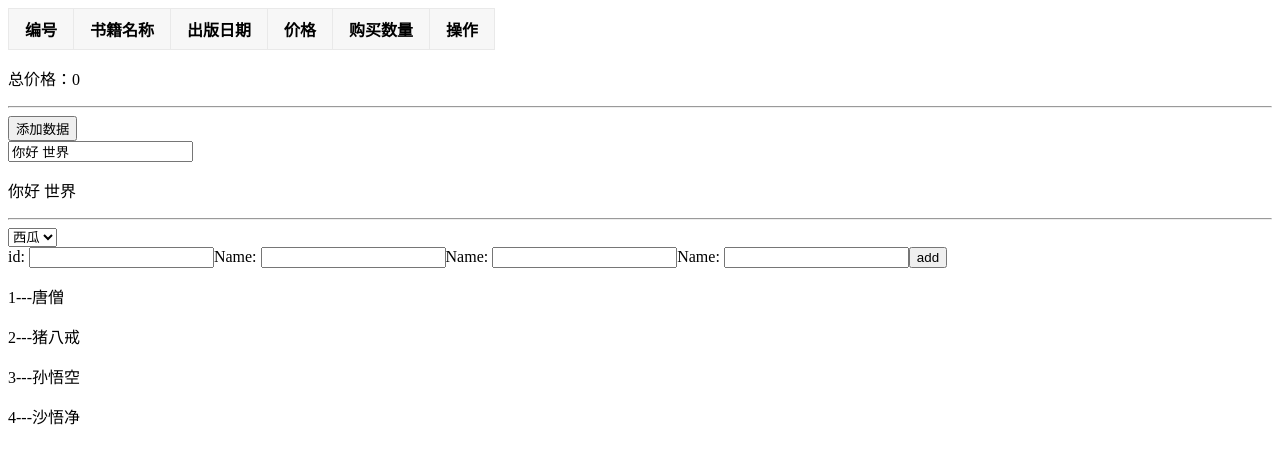
Repository: 1404413577/jsdemo
Page: /res (app in vue-demo/myweb3/)
An editor plug-in stored every save of this project. The page is shown before and after the next save, followed by the edit.
The browser window is 1280 px wide. The pictures show the whole page.
The page's requests for data from a server got no answer. The project was rebuilt for these pictures with package versions that can differ from the ones it lists, and the page was loaded fresh each time. No one was signed in, and anything a server would have sent is missing. Also part of the build but not shown: vue-demo/myweb3/vue.config.js.

Above is the page before, as saved 2022-12-01 14:06:16.

### vue-demo/myweb3/src/main.js
import { createApp } from 'vue'
import App from './App.vue'
import router from './router'
import store from './store'

createApp(App).use(store).use(router).mount('#app')

// 用法：1.{{ item.time | format("YYYY-MM-DD HH:mm:ss") }}
// 用法：2. this.$moment(this.time).format("YYYY-MM-DD HH:mm:ss");
import Moment from 'moment'

// 定义全局时间戳过滤器
Vue.filter('formatDate', function(value) {
  return Moment(value).format('YYYY-MM-DD HH:mm:ss')
})

Vue.config.productionTip = false

### vue-demo/myweb3/src/App.vue
<template>
  <router-view/>
</template>

<script>

</script>
<style lang="less">

</style>

### vue-demo/myweb3/src/router/index.js
import { createRouter, createWebHistory } from 'vue-router'

const routes = [
  {
    path: "/home",
    component: 'home',
    component: () => import('../views/Home.vue')
},
  {
    path: '/onclick',
    name: 'onclick',
    component: () => import('../views/OnClick.vue')
  },
  {
    path: '/res',
    name: 'res',
    component: () => import('../views/res.vue')

  }
]

const router = createRouter({
  history: createWebHistory(process.env.BASE_URL),
  routes
})

export default router

### vue-demo/myweb3/src/views/res.vue
<template>
  <div>
    <!-- <Demo />
    <Tab /> -->
    <SHOP />
    <ZL></ZL>
    <add></add>
  </div>
</template>

<script>
// import Demo from "@/components/vue2/demo.vue";
// import Tab from "@/components/vue2/Tab.vue";
import SHOP from "@/components/vue2/shop.vue";
import ZL from "@/components/vue2/zhiling.vue"
import add from "@/components/vue2/add.vue"
export default {
  components: {
    // Demo,
    // Tab,
    SHOP,
    ZL,
    add
  },
};
</script>

<style>

</style>

### vue-demo/myweb3/src/components/vue2/shop.vue
<template>
  <div>
    <table>
      <thead>
        <tr>
          <th v-for="(item, index) in titles" :key="index">{{ item }}</th>
        </tr>
      </thead>
      <tbody>
        <tr v-for="(item, index) in books" :key="item.id">
          <td>{{ index }}</td>
          <td>{{ item.name }}</td>
          <td>{{ item.date }}</td>
          <td>{{ item.prince }}</td>
          <td>
            <button @click="subFn(index)">-</button>
            <span>{{ item.num }}</span>
            <button @click="addFn(index)">+</button>
          </td>
          <td>
            <button @click="remove(index)">移除</button>
          </td>
        </tr>
      </tbody>
    </table>
    <p>总价格：{{ totalPrice }}</p>

    <hr />

    <button @click="addFn">添加数据</button>
  </div>
</template>

<script>
import { getBook, addBook, delBook } from "@/api";
import axios from "axios";
export default {
  data() {
    return {
      titles: ["编号", "书籍名称", "出版日期", "价格", "购买数量", "操作"],
      books: [],
    };
  },
  created() {
    getBook({}).then((res) => {
      console.log(res);
      this.books = res.data;
    });
  },
  methods: {
    addFn(index) {
      this.books[index].num++;
    },
    subFn(index) {
      if (this.books[index].num == 0) {
        this.books.splice(index, 1);
      }
      this.books[index].num--;
    },
    remove(id) {
      console.log(id)
      axios({
        url: "http://localhost:5050/book/del",
        method: "POST",
        data: {
          id: id,
        },
        success(res) {
          console.log(res);
        },
        error(err) {
          console.log(err);
        },
      });
      this.books.splice(id, 1);
    },
    // data: { id: 7, name: "js", date: "2023-8-9", prince: 55, num: 8 },
    addFn() {
      axios({
        url: "http://localhost:5050/book/add",
        method: "POST",
        data: {
          id: 13,
          name: "js",
          date: this.harvestTime,
          prince: "56",
          num: "1",
        },
        success(res) {
          console.log(res);
        },
        error(err) {
          console.log(err);
        },
      });

      // addBook({
      //   data: { id: 7, name: "js", date: "2023-8-9", prince: 55, num: 8 },
      // }).then((res) => {
      //   console.log(res);
      // });
    },
  },
  computed: {
    totalPrice() {
      return this.books.reduce((prev, current) => {
        prev += current.num * current.prince;
        return prev;
      }, 0);
    },
    harvestTime() {
      var date = new Date();
      var year = date.getFullYear();
      var month = date.getMonth() + 1;
      var day = date.getDate();
      var hour = date.getHours();
      var minute = date.getMinutes();
      var second = date.getSeconds();
      var time = `${year}-${month}-${day}-${hour}-${minute}-${second}`;
      return time;
    },
  },
};
</script>

<style scoped>
table {
  border: 1px solid #e9e9e9;
  border-collapse: collapse;
  border-spacing: 0;
}

td,
th {
  padding: 8px 16px;
  border: 1px solid #e9e9e9;
  text-align: left;
}
th {
  background-color: #f7f7f7;
}
</style>

### vue-demo/myweb3/src/components/vue2/zhiling.vue
<template>
  <div>
    <input type="text" v-model="msg" v-on:input="iptChange"/>
    <p>{{ msg }}</p>

    <hr>
    <select v-model="result">
      <option value="apple">苹果</option>
      <option value="banana">香蕉</option>
      <option value="watermelo">西瓜</option>
    </select>
  </div>
</template>
// v-model 是语法糖 v-model = :value+ @input
<script>
export default {
  data() {
    return {
      msg: "你好 世界",
      result:"watermelo",
    };
  },
  methods:{
    iptChange(e) {
        // 每次触发DOM事件时会产生一个事件对象（也称event对象），此处的参数e接收事件对象。
        // 而事件对象也有很多属性和方法，其中target属性是获取触发事件对象的目标，
        // 也就是        绑定事件的元素，e.target表示该DOM元素，然后在获取其相应的属性值。
        console.log(e.target.value);
        this.msg = e.target.value
    }
  }
};
</script>

<style></style>

### vue-demo/myweb3/src/components/vue2/add.vue
<template>
  <div>
    <label
      >id:
      <input type="text" v-model="id" />
    </label>
    <label
      >Name:
      <input type="text" v-model="name" />
    </label>
    <label
      >Name:
      <input type="text" v-model="name" />
    </label>
    <label
      >Name:
      <input type="text" v-model="name" />
    </label>
    <input type="button" value="add" @click="add" />
    <p v-for="item in list" :key="item.id">{{ item.id }}---{{ item.name }}</p>
  </div>
</template>

<script>
export default {
  data() {
    return {
      id: "",
      name: "",
      list: [
        {
          id: 1,
          name: "唐僧",
        },
        {
          id: 2,
          name: "猪八戒",
        },
        {
          id: 3,
          name: "孙悟空",
        },
        {
          id: 4,
          name: "沙悟净",
        },
      ],
    };
  },
  methods: {
    add() {
      // 添加数据
      this.list.unshift({
        id: this.id,
        name: this.name,
      });
    },
  },
};
</script>

<style></style>

### vue-demo/myweb3/src/api/index.js
//导入request.js
import request from "@/utils/request";
//可以按需导出
export const getProduct = () => request.get("/list");

export const getHome = () => request.get("/home");

export const getBook = () => request.get("/book");

export const addBook = (data) => request.post("/book/add", data);

export const delBook = (parmas) => request.post("/book/del", parmas);

export const updateBook = (data) => request.post("/book/update", data);

### vue-demo/myweb3/src/utils/request.js
import axios from "axios";//创建一个axios的对象
//生成一个axios的实例
const http=axios.create({
	baseURL:"http://localhost:5050",// baseURL会在发送请求的时候拼接在url参数前面
	timeout:3000,//请求超时
});



export default http;//导出

Loaded but not shown: vue-demo/myweb3/public/index.html (common file); vue-demo/myweb3/src/store/index.js (common file)

After the next save:
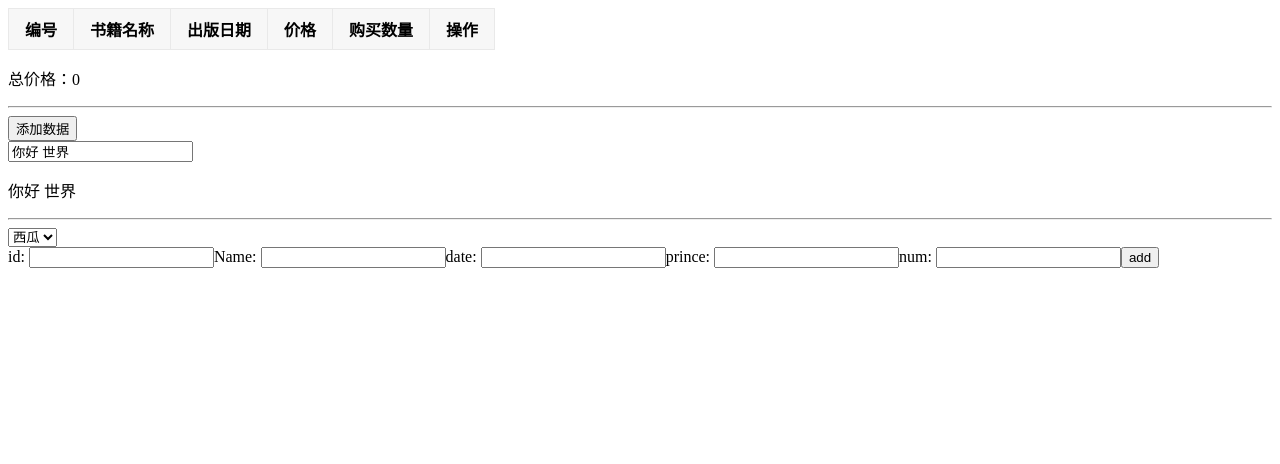
Saved 2 min 10 s later.
--- a/vue-demo/myweb3/src/components/vue2/add.vue
+++ b/vue-demo/myweb3/src/components/vue2/add.vue
@@ -9,46 +9,37 @@
       <input type="text" v-model="name" />
     </label>
     <label
-      >Name:
-      <input type="text" v-model="name" />
+      >date:
+      <input type="text" v-model="date" />
     </label>
     <label
-      >Name:
-      <input type="text" v-model="name" />
+      >prince:
+      <input type="text" v-model="prince" />
+    </label>
+    <label
+      >num:
+      <input type="text" v-model="num" />
     </label>
     <input type="button" value="add" @click="add" />
-    <p v-for="item in list" :key="item.id">{{ item.id }}---{{ item.name }}</p>
   </div>
 </template>
 
 <script>
+import axios from 'axios';
 export default {
   data() {
     return {
       id: "",
       name: "",
-      list: [
-        {
-          id: 1,
-          name: "唐僧",
-        },
-        {
-          id: 2,
-          name: "猪八戒",
-        },
-        {
-          id: 3,
-          name: "孙悟空",
-        },
-        {
-          id: 4,
-          name: "沙悟净",
-        },
-      ],
+      date: "",
+      prince: "",
+      num: "",
     };
   },
   methods: {
     add() {
+
+
       // 添加数据
       this.list.unshift({
         id: this.id,
